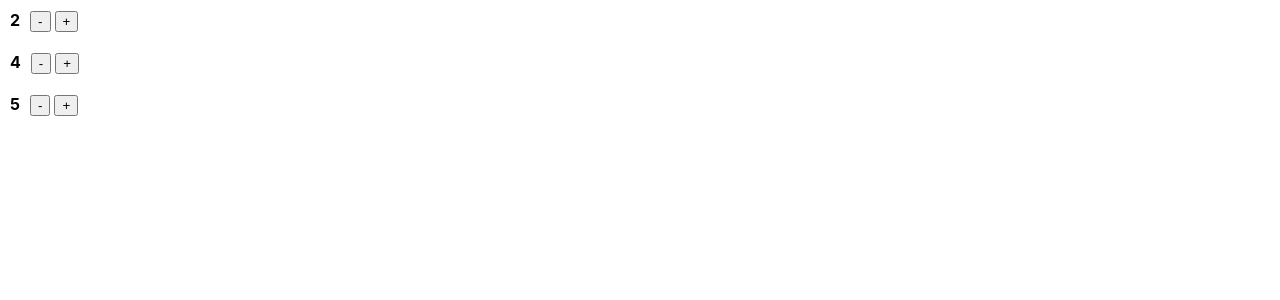
Repository: donalddoe/react_quiz
Page: /
The author's editor kept a copy of each file at every save. The page is drawn from the files as they stood at one save, then again after the next save.
The browser window is 1280 px wide. The pictures show the whole page.
The project was rebuilt for these pictures with package versions that can differ from the ones it lists, and the page was loaded fresh each time.

Above is the page before, as saved 2020-08-28 17:47:24.

### src/index.css
body {
  margin: 0;
  font-family: -apple-system, BlinkMacSystemFont, "Segoe UI", "Roboto", "Oxygen",
    "Ubuntu", "Cantarell", "Fira Sans", "Droid Sans", "Helvetica Neue",
    sans-serif;
  -webkit-font-smoothing: antialiased;
  -moz-osx-font-smoothing: grayscale;
}

code {
  font-family: source-code-pro, Menlo, Monaco, Consolas, "Courier New",
    monospace;
}

p {
  margin-bottom: 1rem;
}
.counter {
  padding: 10px;
}

.counter-controls {
  display: inline-block;
  margin-left: 10px;
}

button {
  margin-right: 4px;
}

ol.instructions {
  list-style-type: decimal;
  margin-left: 1rem;
  margin-top: 0.5rem;
}

li {
  margin-bottom: 1rem;
}

ol {
  margin-top: 0.5rem;
  margin-left: 2.5rem;
  list-style-type: decimal;
}

### src/App.js
import React, { Component } from 'react';


// list the three data counters
const data = [
  { id: 1, value: 2 },
  { id: 2, value: 4 },
  { id: 3, value: 5 },
];

// Components counters named
class Counter extends Component {
  onIncrement = e => {
    this.props.onIncrement(1);
  };

  onDecrement = () => {
    this.props.onIncrement(-1);
  };
  render() {
    const { value } = this.props;
    return (
      <div className="counter">
        <b>{value}</b>
        <div className="counter-controls">
          <button className="button is-danger is-small" onClick={this.onDecrement} >-</button>
          <button className="button is-success is-small" onClick={this.onIncrement} >+</button>
        </div>

      </div>
    );
  }
}

class App extends Component {
  constructor(props, context) {
    super(props, context);


    // Globally data arrays
    this.state = {
      data: [...data]
    }
  }

  onIncrement = (counter, increment) => {
    const newValue = counter.value + increment;
    this.setState({
      data: data.map(item => {
        item.value = item.id === counter.id ? newValue : item.value;
        return item;
      })
    });
  };

  render() {
    return (
      <div>
        {data.map((counter) => (
          <Counter key={counter.id} value={counter.value}
            onIncrement={this.onIncrement.bind(this, counter)} />
        ))}
      </div>
    );
  }
}

export default App;

Loaded but not shown: public/index.html (common file); src/index.js (common file); src/serviceWorker.js (common file)

After the next save:
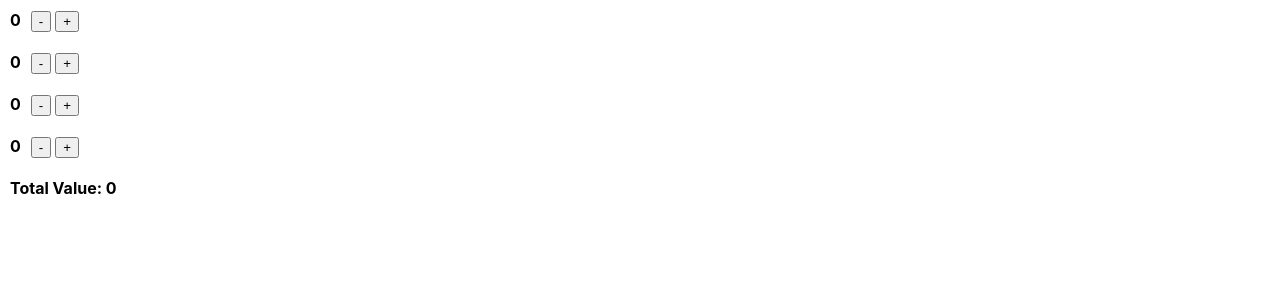
Saved 14 min 44 s later.
--- a/src/App.js
+++ b/src/App.js
@@ -1,32 +1,38 @@
 import React, { Component } from 'react';
 
+// state data for 3 counters
+// const data = [
+//   { id: 1, value: 0 },
+//   { id: 2, value: 0 },
+//   { id: 3, value: 0 },
+// ];
 
-// list the three data counters
-const data = [
-  { id: 1, value: 2 },
-  { id: 2, value: 4 },
-  { id: 3, value: 5 },
-];
-
-// Components counters named
+// Counter Component
 class Counter extends Component {
-  onIncrement = e => {
-    this.props.onIncrement(1);
-  };
-
-  onDecrement = () => {
-    this.props.onIncrement(-1);
-  };
   render() {
-    const { value } = this.props;
+    const { value, increment, decrement } = this.props;
     return (
       <div className="counter">
         <b>{value}</b>
         <div className="counter-controls">
-          <button className="button is-danger is-small" onClick={this.onDecrement} >-</button>
-          <button className="button is-success is-small" onClick={this.onIncrement} >+</button>
+          <button onClick={decrement} className="button is-danger is-small">-</button>
+          <button onClick={increment} className="button is-success is-small">+</button>
         </div>
+      </div>
+    );
+  }
+}
 
+class Total extends Component {
+
+  totalValue = () => this.props.getData.reduce((a, b) => a + b.value, 0)
+
+  render() {
+    // const { getData } = this.props;
+    // console.log(getData)
+    return (
+      <div  className="counter">
+        <b>Total Value: {this.totalValue()}</b>
       </div>
     );
   }
@@ -35,31 +41,42 @@ class Counter extends Component {
 class App extends Component {
   constructor(props, context) {
     super(props, context);
-
-
-    // Globally data arrays
     this.state = {
-      data: [...data]
+      data: [
+        { id: 1, value: 0 },
+        { id: 2, value: 0 },
+        { id: 3, value: 0 },
+        { id: 4, value: 0 },
+      ]
     }
   }
 
-  onIncrement = (counter, increment) => {
-    const newValue = counter.value + increment;
-    this.setState({
-      data: data.map(item => {
-        item.value = item.id === counter.id ? newValue : item.value;
-        return item;
-      })
-    });
-  };
+  onIncrement = (id) => {
+    // console.log(id)
+    // const index = this.state.data.findIndex(f => f.id == id);
+    this.setState(prevState => ({
+      data: prevState.data.map(m => m.id === id ? {id: m.id, value: m.value++} : m)
+    }));
+  }
+
+  onDecrement = (id) => {
+
+    this.setState(prevState => ({
+      data: prevState.data.map(m => m.id === id ? {id: m.id, value: m.value--} : m)
+    }));
+
+  }
 
   render() {
     return (
       <div>
-        {data.map((counter) => (
-          <Counter key={counter.id} value={counter.value}
-            onIncrement={this.onIncrement.bind(this, counter)} />
+        {this.state.data.map((counter) => (
+          <Counter
+            increment={() => this.onIncrement(counter.id)}
+            decrement={() => this.onDecrement(counter.id)}
+            key={counter.id} value={counter.value} />
         ))}
+        <Total getData={this.state.data}/>
       </div>
     );
   }
